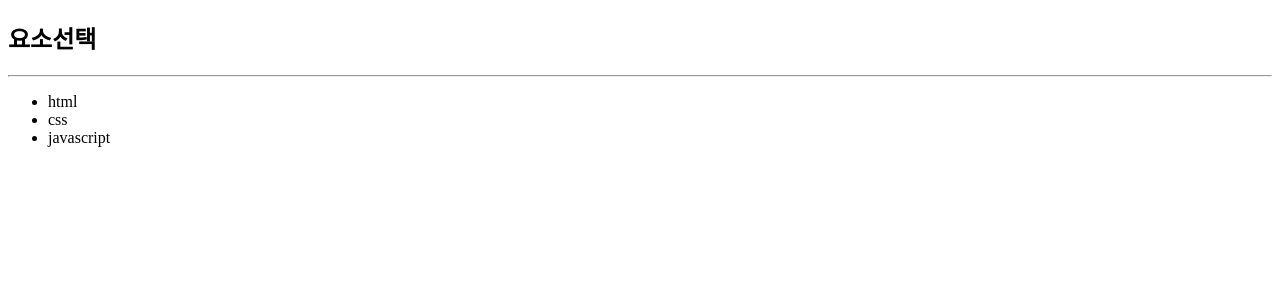
Repository: kimjoohye/study_WEB
Page: workspace/studyhtml5/WebContent/js/j08/h11.html
The author's editor kept a copy of each file at every save. The page is drawn from the files as they stood at one save, then again after the next save.
The browser window is 1280 px wide. The pictures show the whole page.

Above is the page before, as saved 2022-05-06 06:04:37.

After the next save:
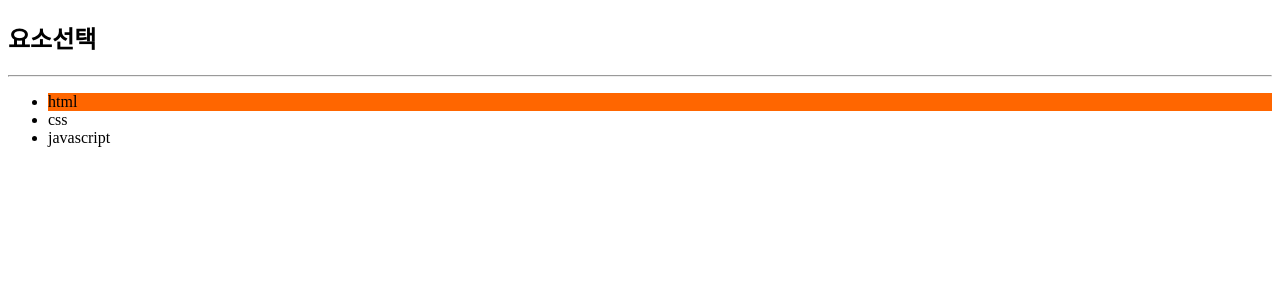
Saved 55 s later.
--- a/workspace/studyhtml5/WebContent/js/j08/h11.html
+++ b/workspace/studyhtml5/WebContent/js/j08/h11.html
@@ -14,6 +14,9 @@
   window.onload = function() {
 	let list01 = document.querySelector('#box > ul > li');
 	console.log(`list01 : ${list01}`);
+
+	//background
+	list01.style.background = '#ff6600';
   };
 </script>
 </head>
